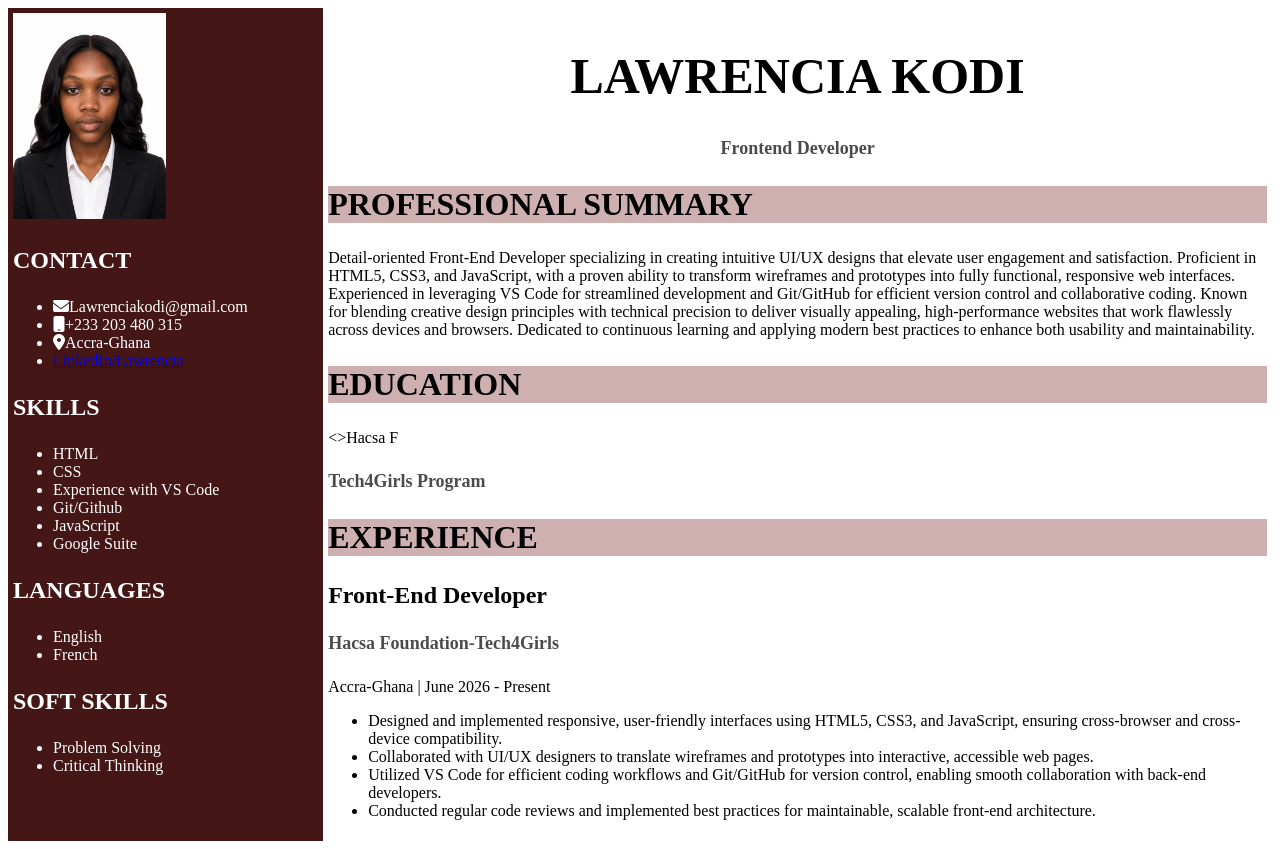
Repository: lawrencia-coder/T4G_CV
Page: index.html
An editor plug-in stored every save of this project. The page is shown before and after the next save, followed by the edit.
The browser window is 1280 px wide. The pictures show the whole page.
Some icons come from a web library that is not loaded, so they are not drawn. Some web libraries are served in a nearby version.

Above is the page before, as saved 2026-07-15 08:05:17.

### index.html
<!DOCTYPE html>
<html lang="en">
<head>
    <meta charset="UTF-8">
    <meta name="viewport" content="width=device-width, initial-scale=1.0">
    <script src="https://kit.fontawesome.com/c72fc9c022.js" crossorigin="anonymous"></script>
    <title>T4G_CV</title>
    <link rel="stylesheet" href="style.css">
</head>
<body>
    <div class="cv-container">
        <div class="left-column">
            <img src="images/passport pic 1.png" alt="" width="50%" height="25%">
            <h3>CONTACT</h3>
             <p>
              <ul>
                <li><i class="fa-solid fa-envelope" style="color: rgb(255, 255, 255);"></i>Lawrenciakodi@gmail.com</li>
                <li><i class="fa-solid fa-mobile" style="color: rgb(255, 255, 255);"></i>+233 203 480 315</li>
                <li><i class="fa-solid fa-location-dot" style="color: rgb(255, 255, 255);"></i>Accra-Ghana</li>
                <li><i class="fa-brands fa-square-linkedin" style="color: rgb(255, 255, 255);"></i><a href="www.linkedin.com/in/lawrencia-kodi-192a71305" target="_blank" rel="noopener noreferrer">LinkedIn/Lawrencia</a></li>
              </ul>
             </p>

            <h3>SKILLS</h3>
             <p>
                <ul>
                    <li>HTML</li>
                    <li>CSS</li>
                    <li>Experience with VS Code</li>
                    <li>Git/Github</li>
                    <li>JavaScript</li>
                    <li>Google Suite</li>
                </ul>
             </p>

             <h3>LANGUAGES</h3>
             <p>
                <ul>
                    <li>English</li>
                    <li>French</li>
                </ul>
             </p>

             <h3>SOFT SKILLS</h3>
             <p>
                <ul>
                    <li>Problem Solving</li>
                    <li>Critical Thinking</li>

                </ul>
             </p>
        </div>
         <div class="right-column">
             <h1>LAWRENCIA KODI  </h1>
             <h4 style="text-align: center;">Frontend Developer</h4>
             <h2>PROFESSIONAL SUMMARY</h2>
              <p>Detail-oriented Front-End Developer specializing in creating intuitive UI/UX designs that elevate user engagement and satisfaction.
                 Proficient in HTML5, CSS3, and JavaScript, with a proven ability to transform wireframes and prototypes into fully functional, responsive web interfaces.
                 Experienced in leveraging VS Code for streamlined development and Git/GitHub for efficient version control and collaborative coding.
                 Known for blending creative design principles with technical precision to deliver visually appealing, high-performance websites that work flawlessly across devices and browsers.
                 Dedicated to continuous learning and applying modern best practices to enhance both usability and maintainability.
                </p>

                <h2>EDUCATION</h2>
                    <>Hacsa F
                    <h4>Tech4Girls Program</h4>

                <h2>EXPERIENCE</h2>
                <p>
                    <h3>Front-End Developer</h3>
                    <h4>Hacsa Foundation-Tech4Girls </h4>
                    <p2>Accra-Ghana   |   June 2026 - Present</p2>
                </p>
                 <p>
                    <ul>
                        <li>Designed and implemented responsive, user-friendly interfaces using HTML5, CSS3, and JavaScript, ensuring cross-browser and cross-device compatibility.</li>
                        <li>Collaborated with UI/UX designers to translate wireframes and prototypes into interactive, accessible web pages.</li>
                        <li>Utilized VS Code for efficient coding workflows and Git/GitHub for version control, enabling smooth collaboration with back-end developers.</li>
                        <li>Conducted regular code reviews and implemented best practices for maintainable, scalable front-end architecture.</li>
                    </ul>
                 </p>
         </div>
    </div>

</body>
</html>

### style.css
/* styling headings */
h1{
    text-align: center;
    font-size: 50px;
    margin-bottom: none;
}

h4{
    opacity: calc(70%);
    font-size: large;
}

h2{
    background-color: rgb(206, 176, 176);
    font-size: xx-large;
}

h3{
    font-size: x-large;
}

h5{
font-size: large;
opacity: 80%;
display: flex;
flex-direction: row;
}

h6{
align-self: flex-end;
}


/* styling cv-container */
.cv-container{
    display: flex;
    width: 100%;
    min-height: 100vh;
}

.left-column{
width: 26%;
background-color: rgb(69, 22, 22);
color: white;
padding: 5px;
}

.right-column{
    width: 80%;
    background-color: white;
    color: black;
    padding: 5px;
}

After the next save:
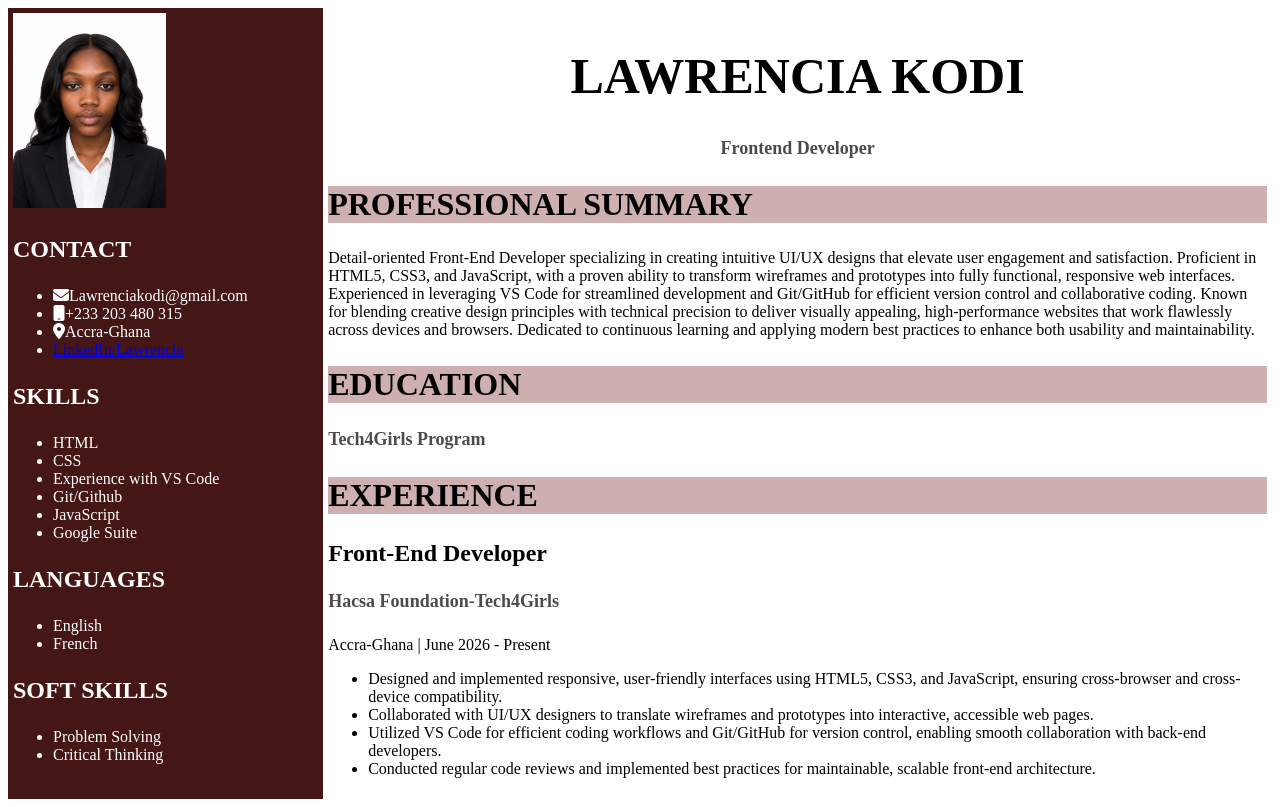
Saved 13 s later.
--- a/index.html
+++ b/index.html
@@ -62,7 +62,7 @@
                 </p>
 
                 <h2>EDUCATION</h2>
-                    <>Hacsa F
+
                     <h4>Tech4Girls Program</h4>
 
                 <h2>EXPERIENCE</h2>
